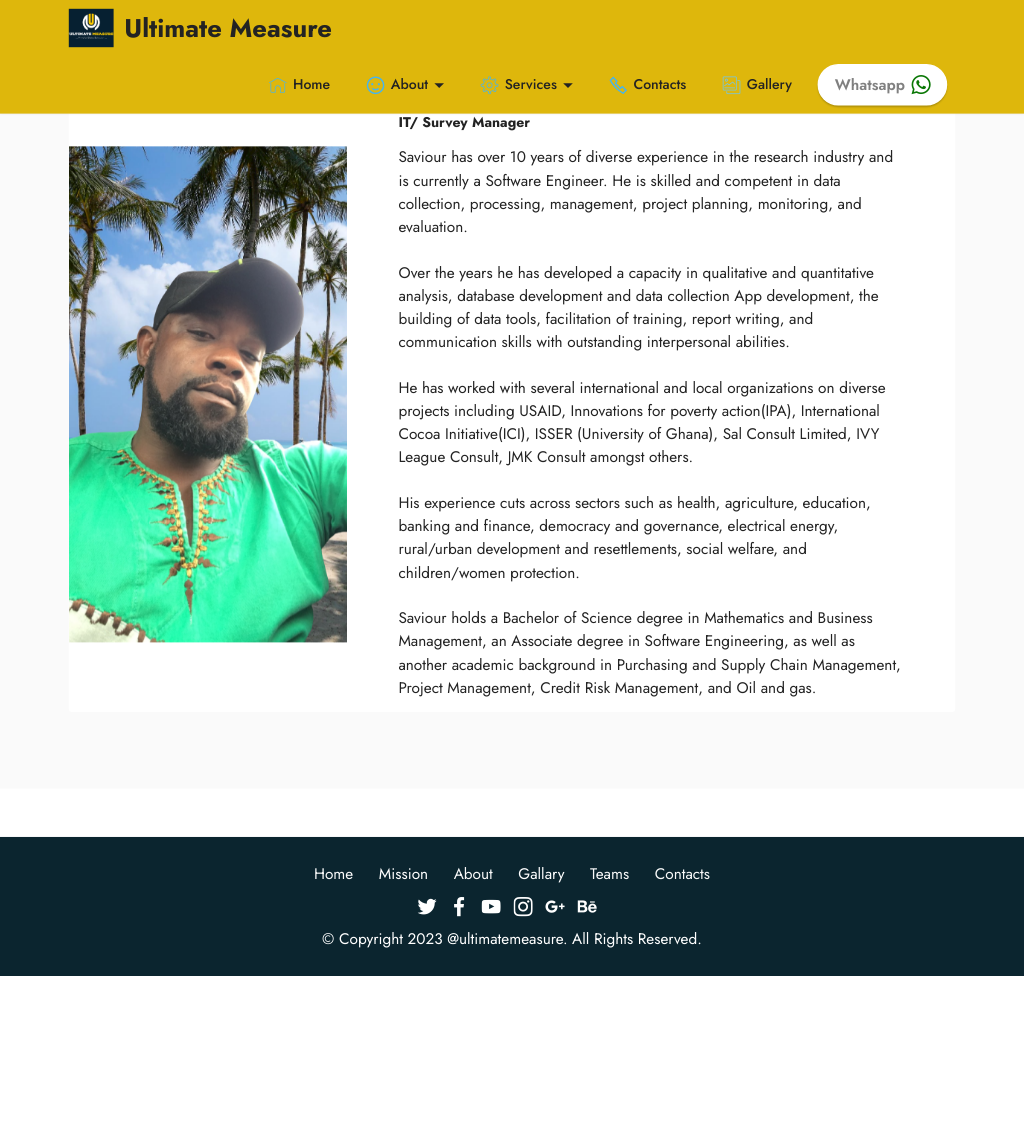
Repository: Saviour-Dagadu/ultMeasure
Page: page4.html
An editor plug-in stored every save of this project. The page is shown before and after a run of saves, followed by the edit.
The browser window is 1280 px wide. The pictures show the whole page, at 80% of full size.

Above is the page before, as saved 2023-07-19 03:43:08.

After the next 2 saves:
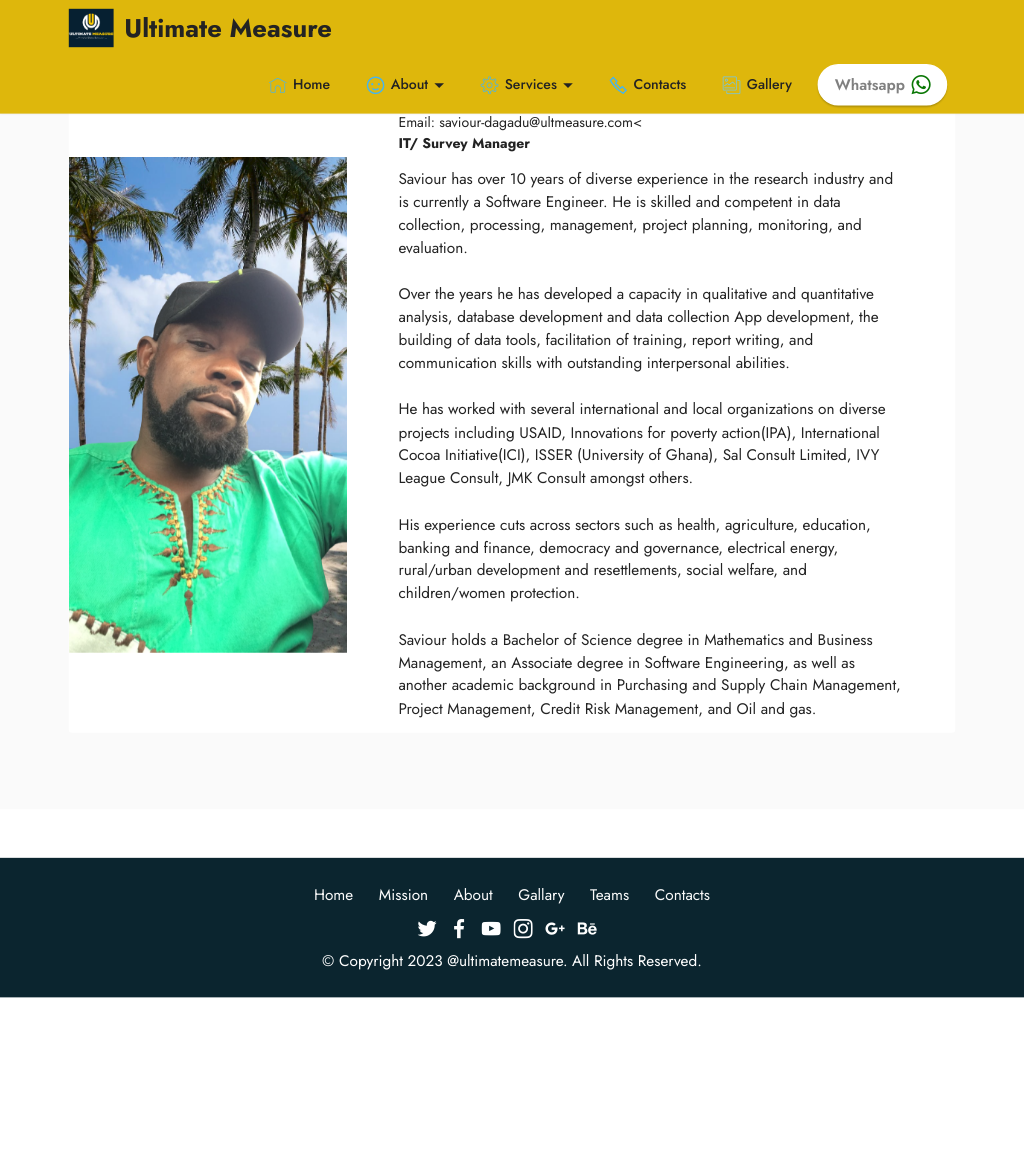
The 2 saves are shown as one change because they came seconds apart.
The last was saved 62 s later.
--- a/page4.html
+++ b/page4.html
@@ -51,7 +51,7 @@
                     <div class="col-12 col-md">
                         <div class="card-box">
                             <h5 class="card-title mbr-fonts-style m-0 mb-3 display-5"><p><strong>Saviour Dagadu</strong>&nbsp;&nbsp;</p></h5>
-                            <h6 class="card-subtitle mbr-fonts-style mb-3 display-4">
+                            <h6 class="card-subtitle mbr-fonts-style mb-3 display-4">Email: saviour-dagadu@ultmeasure.com<
 <div><strong>IT/ Survey Manager</strong></div></h6>
                             <p class="mbr-text mbr-fonts-style display-7">Saviour has over 10 years of diverse experience in the research industry and is currently a Software Engineer. He is skilled and competent in data collection, processing, management, project planning, monitoring, and evaluation.
 <br>
